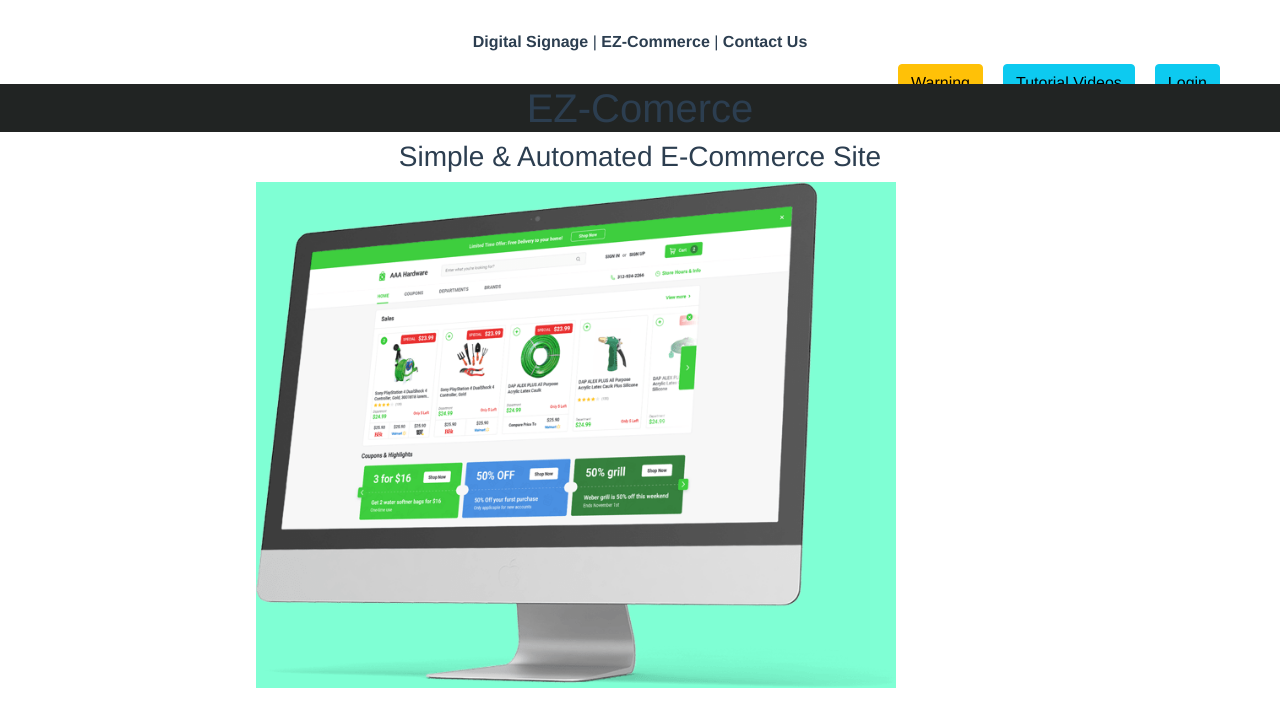
Repository: Herinyhert/EZ-AD
Page: /
These files come from the project's save history. The page is drawn as it stood at one moment and after a run of saves; the edit follows.
The browser window is 1280 px wide. The pictures show the whole page.
The project was rebuilt for these pictures with package versions that can differ from the ones it lists, and the page was loaded fresh each time. Also part of the build but not shown: vue.config.js.

Above is the page before, as saved 2023-04-27 12:38:13.

After the next 2 saves:
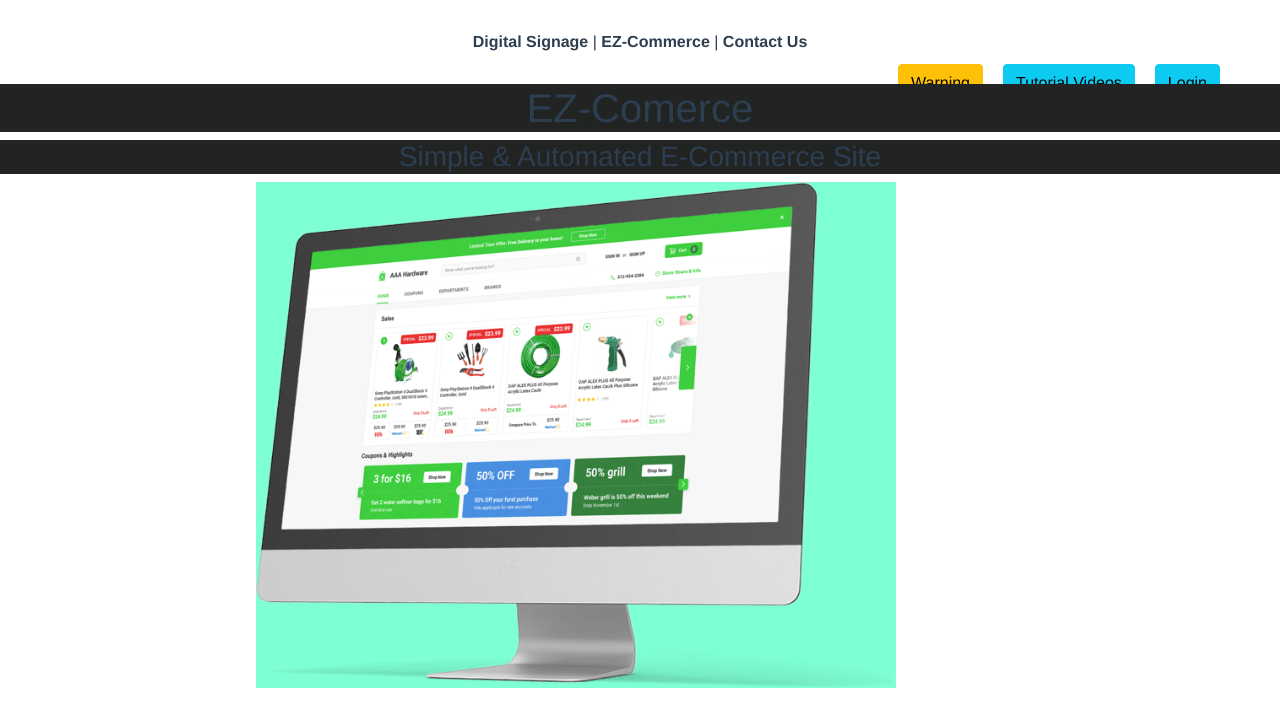
The 2 saves are shown as one change because they came seconds apart.
The last was saved 15 s later.
--- a/src/components/EZADHome.vue
+++ b/src/components/EZADHome.vue
@@ -37,7 +37,7 @@
     background-color: aquamarine;
     margin-left: 20%;
   }
-  .carousel-item h1{
+  .carousel-item h1,h3{
     background-color: rgb(33, 36, 35);
   }
   </style>
